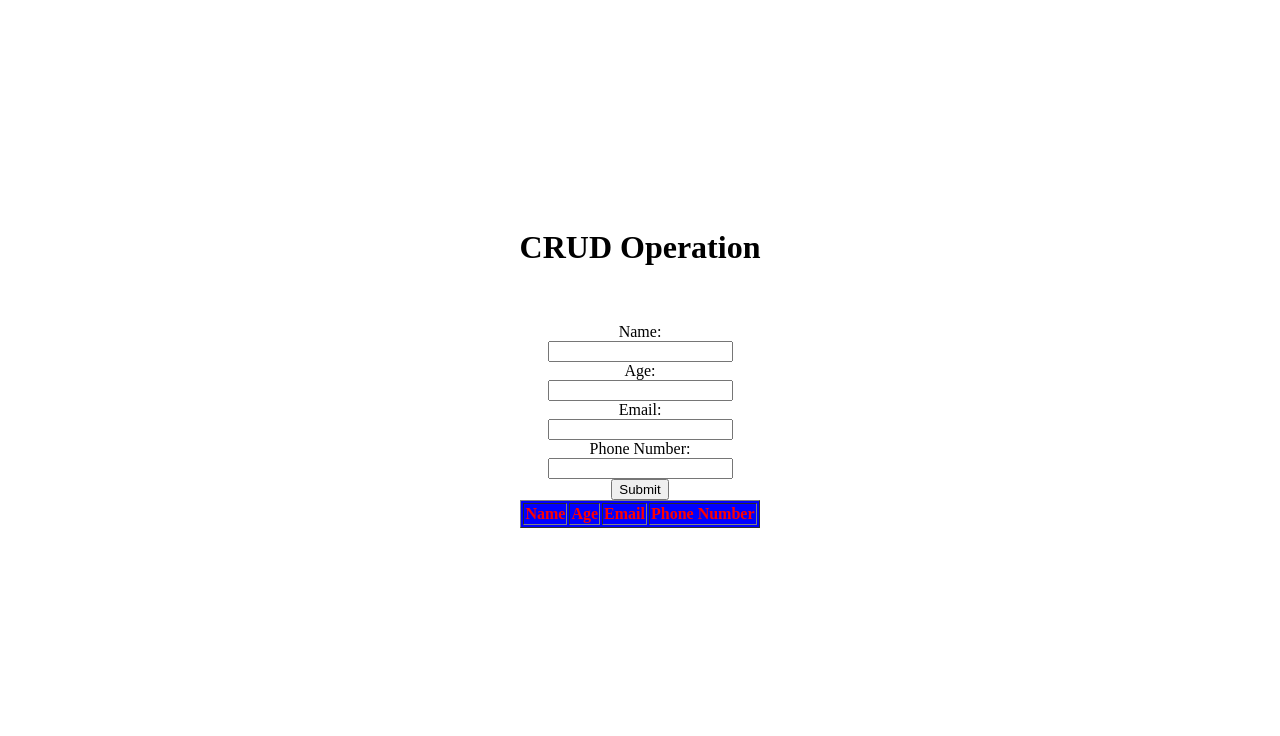
Repository: Josephkennedy603/CRUD-Operation
Page: /
An editor plug-in stored every save of this project. The page is shown before and after the next save, followed by the edit.
The browser window is 1280 px wide. The pictures show the whole page.
The page's requests for data from a server got no answer. The project was rebuilt for these pictures with package versions that can differ from the ones it lists, and the page was loaded fresh each time. No one was signed in, and anything a server would have sent is missing. Also part of the build but not shown: src/index.css, src/interview.jsx.

Above is the page before, as saved 2024-03-12 17:08:20.

After the next save:
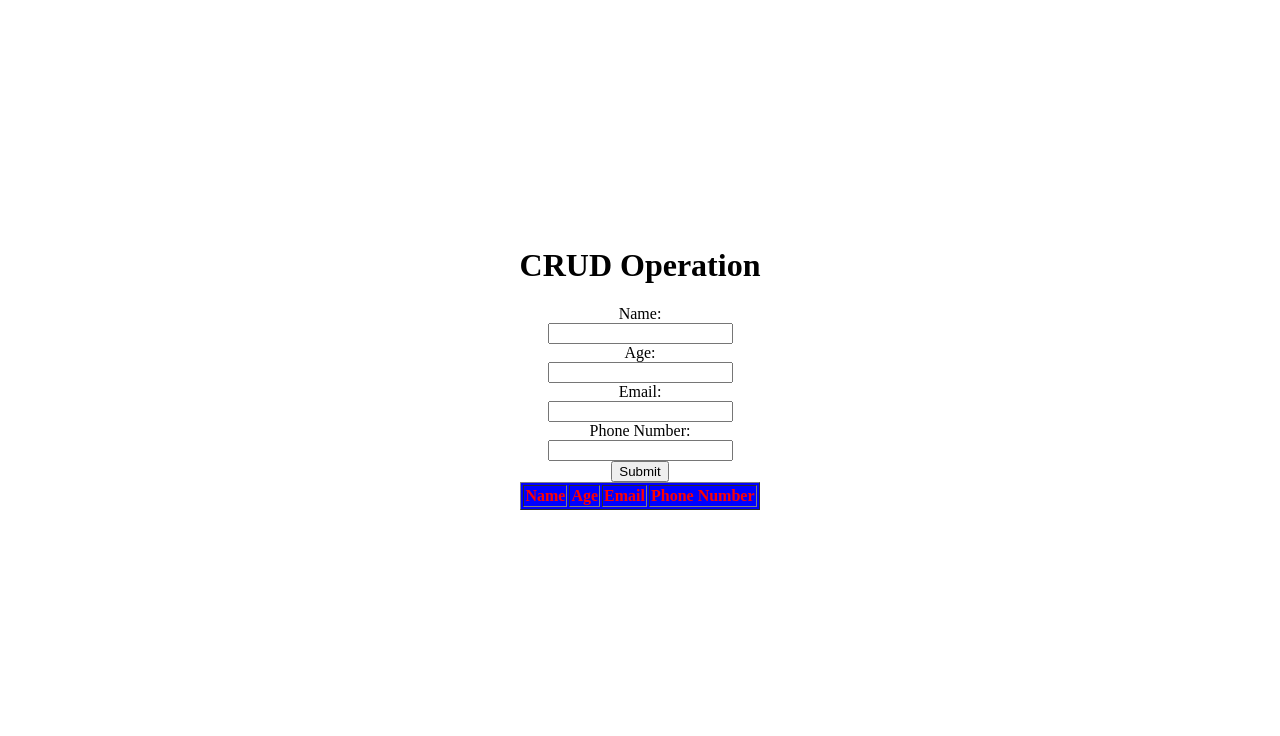
Saved 16 s later.
--- a/src/App.jsx
+++ b/src/App.jsx
@@ -35,8 +35,9 @@ const App = () => {
 console.log(user);
   return(
     <div className='main-container'>
-    <h1>CRUD Operation</h1> <br /> <br />
+    <h1>CRUD Operation</h1>
     {/* <Create  refetchUser={getUsers} /> */}
+
     <Create/>
 
     {/* {user.map(u => (
